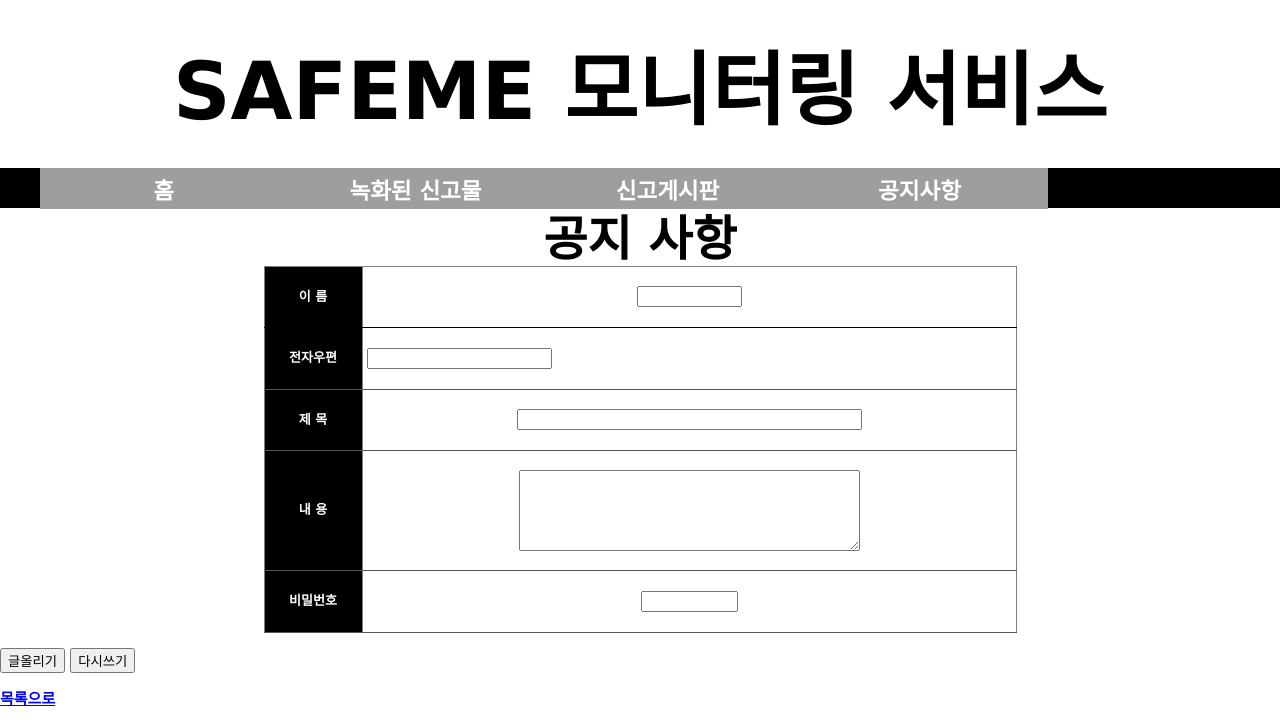
Repository: imdasom/SafeMe
Page: http://localhost/SafeMe/homepage/write1.jsp
The author's editor kept a copy of each file at every save. The page is drawn from the files as they stood at one save, then again after the next save.
The browser window is 1280 px wide. The pictures show the whole page.
Pictures or frames that could not be fetched are drawn as grey boxes. The page is served by Tomcat 9.

Above is the page before, as saved 2015-12-15 19:16:19.

### FinalSafeMeWeb/SafeMe/homepage/write1.jsp
<%@ page language="java" contentType="text/html; charset=UTF-8" pageEncoding="UTF-8" trimDirectiveWhitespaces="true"%>
<!DOCTYPE html PUBLIC "-//W3C//DTD HTML 4.01 Transitional//EN" "http://www.w3.org/TR/html4/loose.dtd">
<html>
<head>
<jsp:include page="Home.jsp" flush="false" /><br /><br />
<style>
tbody tr:first-child {
    color: #000;
}

table {
    border-collapse: collapse;
    border-bottom-color: #000;
}
</style>




<title>공지사항</title>
<script language=javascript>
        function check() {
                if(document.myform.b_name.value.length==0) {
                        alert("이름을 써주세요");
                        myform.w_name.focus();
                        return false;
                }
                if(document.myform.b_title.value.length==0) {
                        alert("제목을 써주세요.");
                        myform.b_title.focus();
                        return false;
                }
                if(document.myform.b_content.value.length==0) {
                        alert("내용을 써주세요.");
                        myform.b_content.focus();
                        return false;
                }
                if(document.myform.b_pwd.value.length==0) {
                        alert("수정시 필요한 비밀번호를 써주세요.");
                        myform.b_pwd.focus();
                        return false;
                }
                document.myform.submit();
        }
</script>
</head>

<body bgcolor="white" text="black" link="blue" vlink="red" alink="red">

<p align="center"><font color="#00000" size="30"><font size="30"></font><b>공지 사항</b></font>
<table border="1" cellpadding="4" align="center">
    <tr>
        <td width="89" bgcolor="#00000"><p align="center"><font size="2" color="white">이
            름</font></td>
        <td width="645"><form name="myform" method="post" action=write_act1.jsp>
            <p><input type="text" name="b_name" maxlength="10" size="10"></td>
    </tr>
    <tr>
        <td width="89" bgcolor="#00000"><p align="center"><font size="2" color="white">전자우편
</font></td>
        <td width="645" style="text-align:left;"><p><input type="text" name="b_mail" maxlength="30"></td>
    </tr>
    <tr>
        <td width="89" bgcolor="#00000"><p align="center"><font size="2" color="white">제
            목</font></td>
        <td width="645"><p><input type="text" name="b_title" maxlength="60"
size="40"></td>
    </tr>
    <tr>
        <td width="89" bgcolor="#00000"><p align="center"><font size="2" color="white">내
            용</font></td>
        <td width="645"><p><textarea name="b_content" rows="5"
cols="40"></textarea></td>
    </tr>
    <tr>
        <td width="89" bgcolor="#00000"><p align="center"><font size="2" color="white">비밀번호
</font></td>
        <td width="645"><p><input type="password" name="b_pwd" maxlength="12"
             size="9"></td>
    </tr>
</table>
<p><input type="button" value="글올리기" onclick="check()"> <input
 type="reset" value="다시쓰기">
</p></form>
<a href="list1.jsp"> 목록으로 </a>



</body>
</html>

### FinalSafeMeWeb/SafeMe/homepage/Home.jsp
<%@ page language="java" contentType="text/html; charset=EUC-KR"
	pageEncoding="EUC-KR"%>
<!DOCTYPE html PUBLIC "-//W3C//DTD HTML 4.01 Transitional//EN" "http://www.w3.org/TR/html4/loose.dtd">
<html xmlns="http://www.w3.org/1999/xhtml">
<head>
<meta http-equiv="Content-Type" content="text/html; charset=iso-8859-1" />
<title>대한민국 치안 방지 프로젝트</title>
<style type="text/css">
<!--
body {
	margin: 0;
	padding: 0;
	font: bold 15px/1.5em 맑은 고딕, Verdana, Arial, Helvetica, sans-serif;
}

h2 {
	font: bold 80px 맑은 고딕, Verdana, Arial, Helvetica, sans-serif;
	color: #000;
	margin: 26px;
	padding: 0px 0px 0px 0px;
}

/*- Menu Tabs E--------------------------- */
#tabsE {
	float: left;
	width: 100%;
	background: #000;
	font-size: 150%;
	line-height: normal;
	height: 40px;
}

#tabsE ul {
	margin: 0;
	/* padding:10px 10px 0 50px; */
	list-style: none;
	text-align: center;
}

#tabsE li {
	display: inline;
	margin: 0;
	padding: 0;
}

#tabsE a {
	float: left;
	background: url("tableftE.gif") no-repeat left top;
	margin: 0;
	padding: 0 0 0 4px;
	text-decoration: none;
	width: 20%;
}

#tabsE a span {
	float: left;
	display: block;
	background: url("tabrightE.gif") no-repeat right top;
	padding: 5px 15px 4px 6px;
	color: #FFF;
}
/* Commented Backslash Hack hides rule from IE5-Mac \*/
#tabsE a span {
	float: none;
}
/* End IE5-Mac hack */
#tabsE a:hover span {
	color: #FFF;
}

#tabsE a:hover {
	background-position: 0% -42px;
}

#tabsE a:hover span {
	background-position: 100% -42px;
}

#tabsE #current a {
	background-position: 0% -42px;
}

#tabsE #current a span {
	background-position: 100% -42px;
}

--> /* 게시판 css */
table {
	border-collapse: collapse;
	border-bottom-color: #000;
	text-align: center;
}

tbody tr:first-child {
	color: #000;
	text-align: center;

}

thead {
	background-color: #f4f4f4; /* border-bottom:1px solid #f4f4f4; */
}

tbody tr:hover {
	cursor: pointer;
}

tbody tr:first-child th {
	background: #000;
}

tbody tr:first-child th p font {
	color: #fff;
}


tbody tr:not(:FIRST-CHILD){
	border-bottom: 1px solid #555;
}

tbody tr:not(:first-child) th p a {
	text-decoration: none;
}

</style>
</head>
<body>

	<h2 style="text-align: center;">SAFEME 모니터링 서비스</h2>
	<div id="tabsE">
		<ul>
			<!-- CSS Tabs -->
			<li><a href="HomeImage.jsp"><span>홈</span></a></li>
			<li><a href="recordkesipan.jsp"><span>녹화된 신고물</span></a></li>
			<li><a href="sinkokyesipan.jsp"><span>신고게시판</span></a></li>
			<li><a href="list1.jsp"><span>공지사항</span></a></li>

		</ul>
	</div>

</body>

</html>

After the next save:
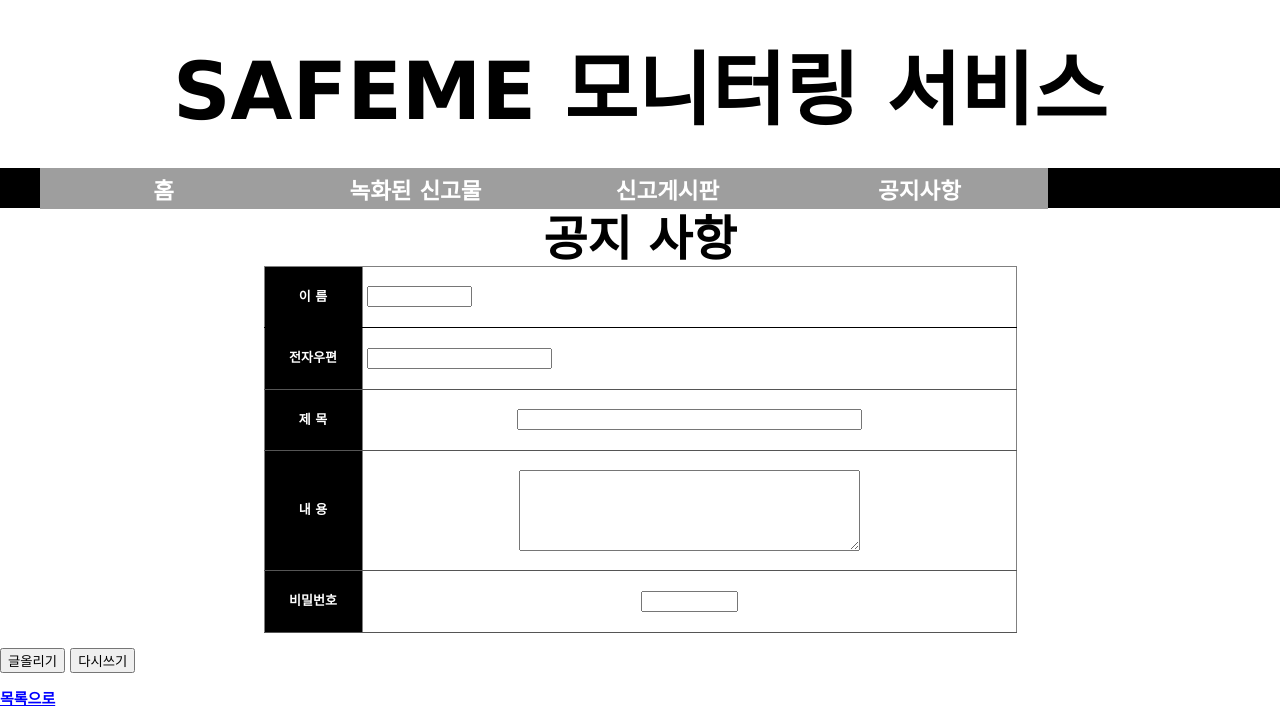
Saved 10 s later.
--- a/FinalSafeMeWeb/SafeMe/homepage/write1.jsp
+++ b/FinalSafeMeWeb/SafeMe/homepage/write1.jsp
@@ -52,7 +52,7 @@ table {
     <tr>
         <td width="89" bgcolor="#00000"><p align="center"><font size="2" color="white">이
             름</font></td>
-        <td width="645"><form name="myform" method="post" action=write_act1.jsp>
+        <td width="645" style="text-align:left;"><form name="myform" method="post" action=write_act1.jsp>
             <p><input type="text" name="b_name" maxlength="10" size="10"></td>
     </tr>
     <tr>
